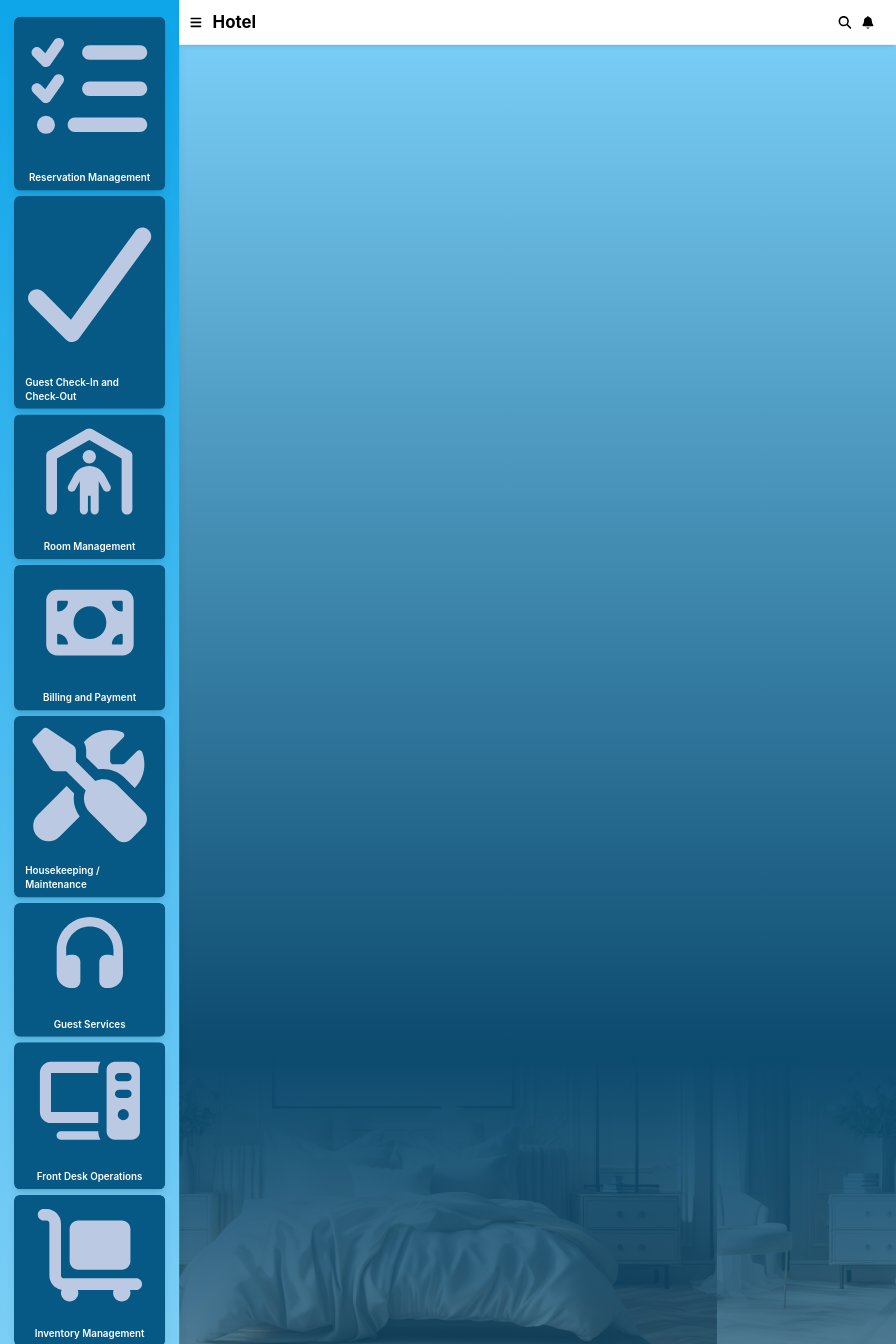
Repository: musabismael/Hotel
Page: /
These files come from the project's save history. The page is drawn as it stood at one moment and after the next save; the edit follows.
The browser window is 1280 px wide. The pictures show the part of the page from y = 0 to 1920 px (the page is 3016 px tall), at 70% of full size.
The project was rebuilt for these pictures with package versions that can differ from the ones it lists, and the page was loaded fresh each time. Also part of the build but not shown: vite.config.js, src/App.css, src/pages/ReservationManagement.jsx, src/pages/GuestCheckInOut.jsx, src/pages/RoomManagement.jsx, src/pages/BillingPayment.jsx, src/pages/HousekeepingMaintenance.jsx, src/pages/GuestServices.jsx and 6 more.

Above is the page before, as saved 2023-10-01 19:15:41.

After the next save:
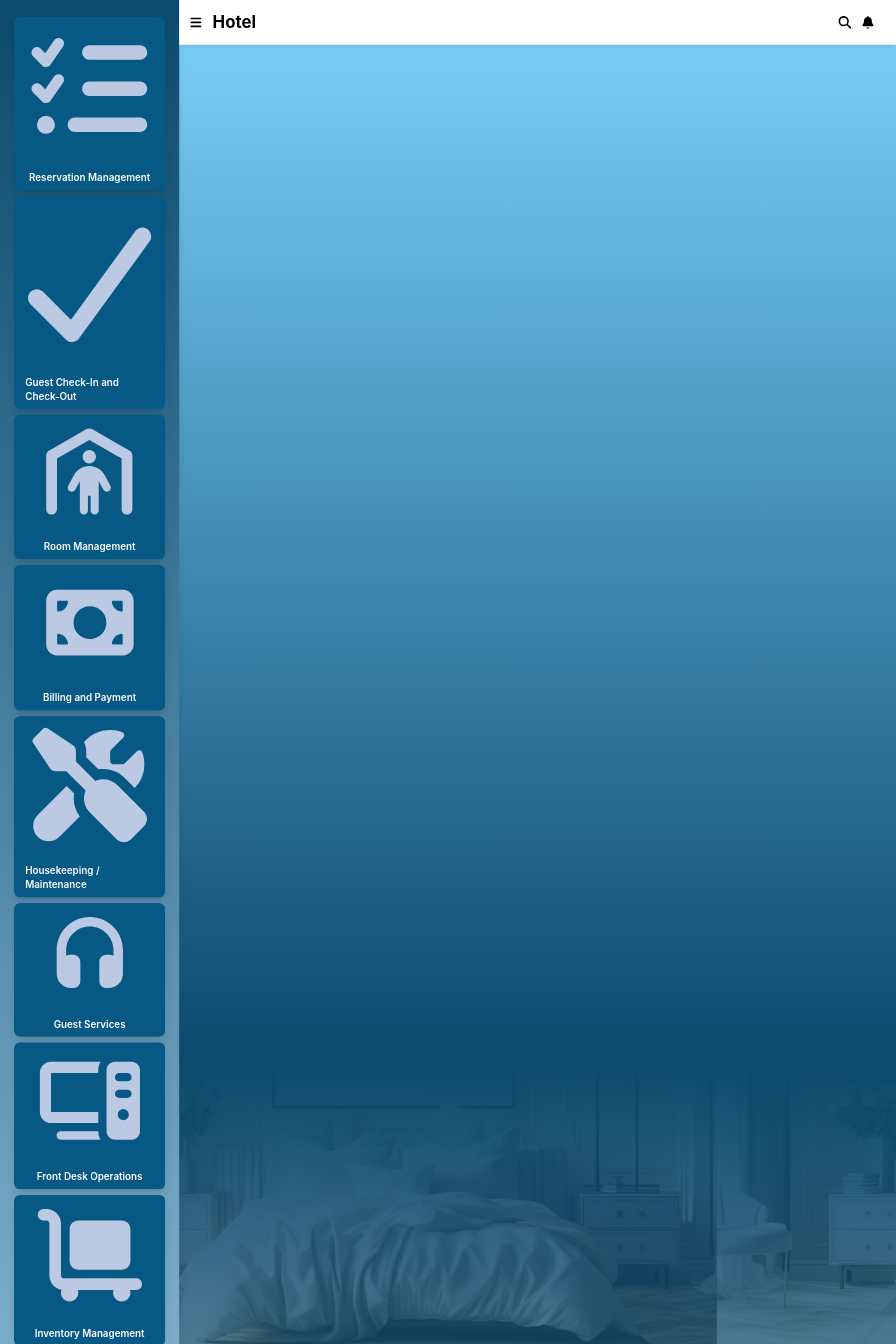
Saved 59 s later.
--- a/src/component/Sidebar.jsx
+++ b/src/component/Sidebar.jsx
@@ -114,7 +114,7 @@ const Sidebar = () => {
     console.log(`Card with ID ${id} clicked`);
   };
   return (
-    <aside className="p-4 w-1/5 min-h-screen overflow-y-auto bg-gradient-to-b from-sky-500 to-sky-200 shadow-lg">
+    <aside className="p-4 w-1/5 min-h-screen overflow-y-auto bg-gradient-to-b from-sky-900 to-sky-200 shadow-lg">
       <nav>
         {cardData.map((card) => (
           <Card
